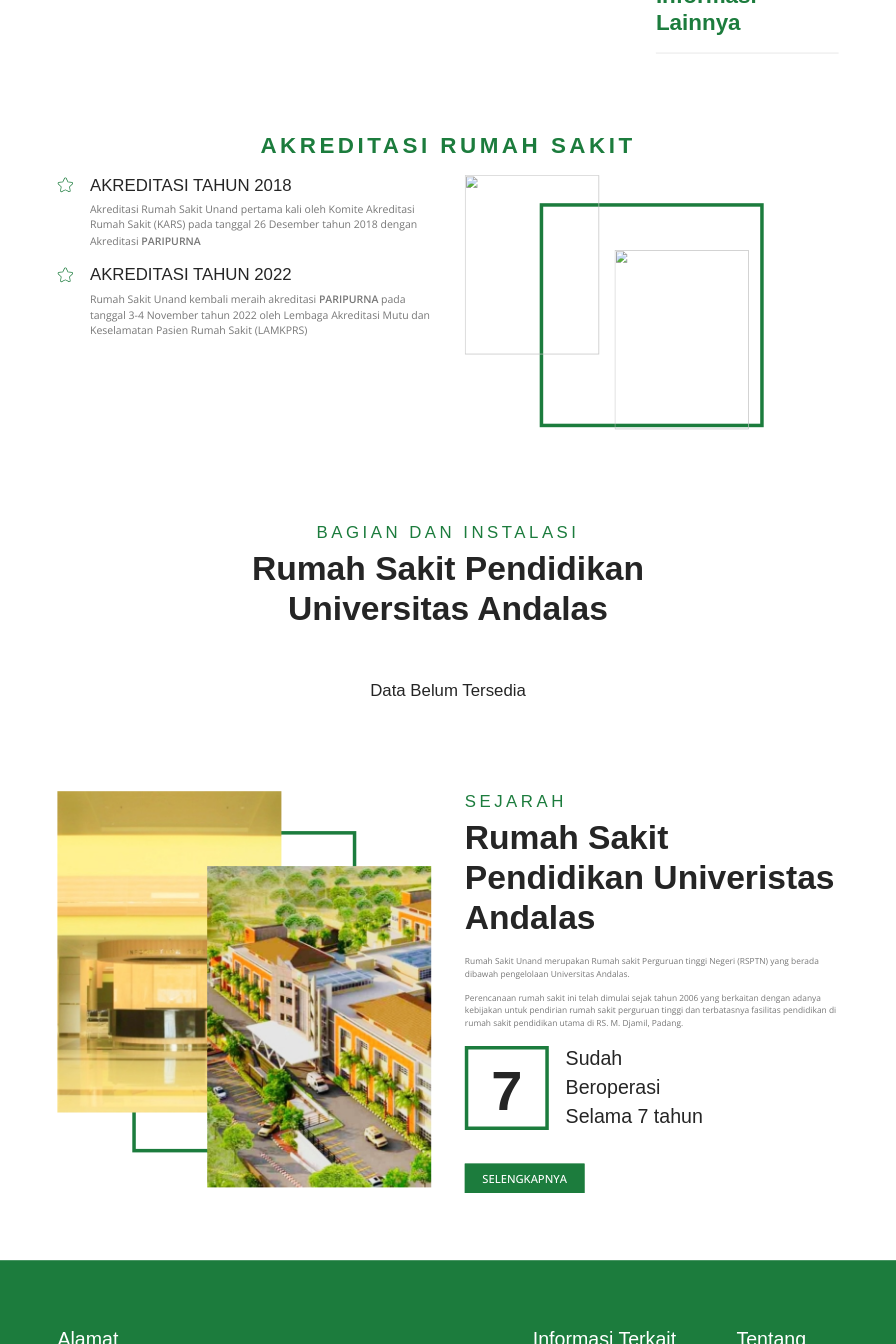
Repository: vivin-erialis/rsunand-site
Page: http://localhost/
An editor plug-in stored every save of this project. The page is shown before and after the next save, followed by the edit.
The browser window is 1280 px wide. The pictures show the part of the page from y = 886 to 2806 px (the page is 3149 px tall before and 3231 px after), at 70% of full size.
Some web fonts or font styles are not loaded; a fallback is used. Some web libraries are served in a nearby version. The page is served by the project's Laravel application, run on PHP 8.4 with Laravel 12. Other server files are loaded and not shown. Queries for data that is not in the repository find no rows.

Above is the page before, as saved 2024-06-10 09:17:30.
Console error: TypeError: Cannot read properties of undefined (reading 'version')

### resources/views/Frontend/home.blade.php
@extends('Frontend.layouts.main')
@section('title', 'Website Resmi')
@section('content')
    <div class="container-fluid p-0 pb-5 wow fadeIn" data-wow-delay="0.1s">
        <div class="owl-carousel header-carousel position-relative">
            @foreach ($slider as $slider)
                <div class="owl-carousel-item position-relative"
                    data-dot="<img src='{{ asset('../images/slider/' . $slider->img) }}'>">
                    <img class="img-fluid" src="{{ asset('images/slider/' . $slider->img) }}" alt=""
                        style="height: 400px; object-fit: cover;">
                    <div class="owl-carousel-inner home-img">
                        <div class="container">
                            <div class="row justify-content-start">
                                <div class="col-12 col-lg-12 text-center">
                                    <h4 class="display-1 text-white animated slideInDown" style="font-size: vw !important">
                                        {{ $slider->title }}
                                    </h4>
                                    <p class="fs-7 fw-medium text-white mb-4 pb-3" style="font-size: 1vw !important">
                                        {{ $slider->desc }}
                                    </p>
                                    {{-- <a href="{{ $slider->link }}" class="py-3 px-5 btn-home fs-7 mt-3">SELENGKAPNYA</a> --}}
                                </div>
                            </div>
                        </div>
                    </div>
                </div>
            @endforeach

        </div>
    </div>

    <!-- Service Start -->
    <div class="container-xxl py-5">
        <div class="container">
            <div class="text-center mx-auto mb-5 wow fadeInUp" data-wow-delay="0.1s" style="max-width: 600px;">
                <h4 class="section-title">LAYANAN UNGGULAN</h4>
                <h1 class="display-5 mb-4">Rumah Sakit Pendidikan Universitas Andalas</h1>
            </div>
            @if ($layanan->isEmpty())
                <h4 class="mt-5 text-center">Belum Ada Data</h4>
            @endif
            <div class="row g-4">
                @foreach ($layanan as $item)
                    <div class="col-lg-4 col-md-6 wow fadeInUp" data-wow-delay="0.5s">
                        <div class="service-item d-flex position-relative text-center h-100" style="border-radius:10px">
                            @if ($item->gambar)
                                @php
                                    $gambarArray = json_decode($item->gambar);
                                    if ($gambarArray) {
                                        $gambarPertama = reset($gambarArray);
                                    }
                                @endphp

                                @if (!empty($gambarPertama))
                                    <a href="/layanan/{{ $item->url }}">
                                        <img class="bg-img" src="{{ asset('/../images/layanan/' . $gambarPertama) }}">
                                    </a>
                                @endif
                            @endif
                            <div class="service-text p-5">
                                <i class="fa fa-hospital flex-shrink-0 mb-4" style="color: white; font-size: 40px"></i>
                                <h2 class="mb-3" style="color: white">{{ $item->nama_layanan }}</h2>
                                <p class="mb-4" style="font-size: 14px">{{ Str::limit($item->desc, 80, '...') }}.</p>
                                <a class="btn" href="/layanan/{{ $item->url }}"><i
                                        class="fa fa-plus text-primary me-3"></i>Read
                                    More</a>
                            </div>
                        </div>
                    </div>
                @endforeach
            </div>
        </div>
    </div>
    <!-- Service End -->

    {{-- Berita --}}
    <div class="container-xxl py-5">
        <div class="container">
            <div class="text-center mx-auto mb-5 wow fadeInUp" data-wow-delay="0.1s" style="max-width: 600px;">
                <h4 class="section-title">Berita</h4>
                <h1 class="display-5 mb-4">Rumah Sakit Pendidikan Universitas Andalas</h1>
            </div>
            @if ($artikel->isEmpty())
                <h4 class="mt-5 text-center">Belum Ada Artikel</h4>
            @endif
            <div class="row">
                <div class="col-lg-9">
                    <div class="container-berita-home">
                        @foreach ($artikel as $item)
                            <div class="card mb-4">
                                @if ($item->gambar)
                                    @php
                                        $gambarArray = json_decode($item->gambar);
                                        if ($gambarArray) {
                                            $gambarPertama = reset($gambarArray);
                                        }
                                    @endphp

                                    @if (!empty($gambarPertama))
                                        <img loading="lazy" class="card-img-top"
                                            src="{{ asset('/../images/artikel/' . $gambarPertama) }}"
                                            alt="{{ $item->title }}">
                                    @endif
                                @endif
                                <div class="card-body">
                                    <div class="me-2 mb-3" style="color: #1C7C3D">
                                        <span style="font-size: 12px" class="post-author">
                                            {{ $item->kategori->title }} |
                                        </span>
                                        <span style="font-size: 12px" class="post-meta-date">
                                            <i
                                                class="far fa-calendar me-2"></i>{{ Carbon\Carbon::parse($item->created_at)->isoFormat('D MMMM, Y') }}
                                        </span>
                                    </div>
                                    <a href="/berita/{{ $item->url }}">
                                        <h2 class="card-title">{{ $item->title }}</h2>
                                    </a>
                                    <p class="card-text">{{ Str::limit(strip_tags($item->desc), 100, '...') }}</p>
                                    <a href="/berita/{{ $item->url }}" class="card-button">SELENGKAPNYA</a>
                                </div>
                            </div>
                        @endforeach
                    </div>
                </div>
                <div class="col-lg-3">
                    <div>
                        <h2 class="mb-2" style="color: #1C7C3D;">Berita Terbaru</h2>
                        <hr>
                        @foreach ($recentPosts as $new)
                            <div class="row news-block news-block-two-col d-flex mt-4">
                                <div class="col-5 news-block-two-col-image-wrap">
                                    <a href="/blog/{{ $new->url }}">
                                        @if ($item->gambar)
                                            @php
                                                $gambarArray = json_decode($new->gambar);
                                                if ($gambarArray) {
                                                    $gambarPertama = reset($gambarArray);
                                                }
                                            @endphp

                                            @if (!empty($gambarPertama))
                                                <img loading="lazy" class="card-img-top"
                                                    src="{{ asset('/../images/artikel/' . $gambarPertama) }}"
                                                    alt="{{ $new->title }}">
                                            @endif
                                        @endif
                                    </a>
                                </div>

                                <div class="col-7 news-block-two-col-info">
                                    <div class="news-block-date">
                                        <p style="color: #1C7C3D">
                                            <i class="bi-calendar4 custom-icon me-1"></i>
                                            {{ Carbon\carbon::parse($new->tanggal_berita)->isoFormat('D MMMM, Y') }}
                                        </p>
                                    </div>
                                    <div class="news-block-title mb-2">
                                        <a href="/berita/{{ $new->url }}">
                                            <h2 class="card-title">{{ $new->title }}</h2>
                                        </a>
                                    </div>
                                    <div>
                                        <p class="card-text">{{ Str::limit(strip_tags($new->desc), 100, '...') }}</p>
                                    </div>

                                </div>
                            </div>
                        @endforeach
                    </div>

                    <br>
                    <div>
                        <h2 class="mb-4" style="color: #1C7C3D">Informasi Lainnya</h2>
                        <hr>
                        {{-- @foreach ($recentPosts as $new)
                            <div class="row news-block news-block-two-col d-flex mt-4">
                                <div class="col-5 news-block-two-col-image-wrap">
                                    <a href="/blog/{{ $new->url }}">
                                        @if ($item->gambar)
                                            @php
                                                $gambarArray = json_decode($item->gambar);
                                                if ($gambarArray) {
                                                    $gambarPertama = reset($gambarArray);
                                                }
                                            @endphp

                                            @if (!empty($gambarPertama))
                                                <img loading="lazy" class="card-img-top"
                                                    src="{{ asset('/../images/artikel/' . $gambarPertama) }}"
                                                    alt="{{ $item->title }}">
                                            @endif
                                        @endif
                                    </a>
                                </div>

                                <div class="col-7 news-block-two-col-info">
                                    <div class="news-block-date">
                                        <p>
                                            <i class="bi-calendar4 custom-icon me-1"></i>
                                            {{ Carbon\carbon::parse($new->tanggal_berita)->isoFormat('D MMMM, Y') }}
                                        </p>
                                    </div>
                                    <div class="news-block-title mb-2">
                                        <h6 style="font-size: 16px;"><a href="/berita/{{ $new->url }}"
                                                class="news-block-title-link">{{ $new->title }}</a>
                                        </h6>
                                    </div>
                                    <div>
                                        <p class="card-text">{{ Str::limit(strip_tags($item->desc), 100, '...') }}</p>
                                    </div>

                                </div>
                            </div>
                        @endforeach --}}
                    </div>
                </div>
            </div>
        </div>
    </div>


    <!-- Feature Start -->
    <div class="container-xxl py-5">
        <div class="container">
            <h2 class="section-title text-center mb-4">AKREDITASI RUMAH SAKIT</h2>
            <div class="row g-5">
                <div class="col-lg-6 wow fadeInUp" data-wow-delay="0.1s">
                    {{-- <h class="display-5 mb-4">Rumah Sakit Pendidikan Universitas Andalas</h> --}}
                    {{-- <p class="mb-4">Tempor erat elitr rebum at clita. Diam dolor diam ipsum sit. Aliqu diam amet diam et eos. Clita erat ipsum et lorem et sit, sed stet lorem sit clita duo justo magna dolore erat amet</p> --}}
                    <div class="row g-4">
                        <div class="col-12">
                            <div class="d-flex align-items-start">
                                <i class="fa fa-star flex-shrink-0 mt-1 mb-4"
                                    style="color: #1C7C3D; font-size: 20px; background: none; -webkit-text-stroke: 1px #1C7C3D; color: transparent;"></i>
                                </i>
                                <div class="ms-4">
                                    <h4>AKREDITASI TAHUN 2018</h4>
                                    <p class="mb-0" style="font-size: 15px">Akreditasi Rumah Sakit Unand pertama kali
                                        oleh Komite Akreditasi
                                        Rumah Sakit (KARS) pada tanggal 26 Desember tahun 2018 dengan Akreditasi
                                        <strong>PARIPURNA</strong>
                                    </p>
                                </div>
                            </div>
                        </div>
                        <div class="col-12">
                            <div class="d-flex align-items-start">
                                <i class="fa fa-star flex-shrink-0 mt-1 mb-4"
                                    style="color: #1C7C3D; font-size: 20px; background: none; -webkit-text-stroke: 1px #1C7C3D; color: transparent;"></i>
                                </i>
                                <div class="ms-4">
                                    <h4>AKREDITASI TAHUN 2022</h4>
                                    <p class="mb-0" style="font-size: 15px">Rumah Sakit Unand kembali meraih akreditasi
                                        <strong>PARIPURNA</strong> pada tanggal 3-4 November tahun 2022 oleh Lembaga
                                        Akreditasi Mutu dan Keselamatan Pasien Rumah Sakit (LAMKPRS)
                                    </p>
                                </div>
                            </div>
                        </div>
                    </div>
                </div>
                <div class="col-lg-6 wow fadeInUp" data-wow-delay="0.5s">
                    <div class="feature-img">
                        <img class="img-fluid" src="img/about-2.jpg" alt="">
                        <img class="img-fluid" src="img/about-1.jpg" alt="">
                    </div>
                </div>
            </div>
        </div>
    </div>
    <!-- Feature End -->

    {{-- Bagian dan Instalasi --}}
    <div class="container-xxl py-5">
        <div class="container">
            <div class="text-center mx-auto mb-5 wow fadeInUp" data-wow-delay="0.1s" style="max-width: 600px;">
                <h4 class="section-title">Bagian dan Instalasi</h4>
                <h1 class="display-5 mb-4">Rumah Sakit Pendidikan Universitas Andalas</h1>
            </div>
            <div class="row g-4" style="padding:2vw 4vw">
                @forelse ($bagianInstalasi as $item)
                    <div class="col-lg-4 col-md-4 wow fadeInUp" data-wow-delay="0.1s">
                        <div class="service-item d-flex position-relative text-center h-100">
                            @if ($item->gambar)
                                @php
                                    $gambarArray = json_decode($item->gambar);
                                    if ($gambarArray) {
                                        $gambarPertama = reset($gambarArray);
                                    }
                                @endphp

                                @if (!empty($gambarPertama))
                                    <img loading="lazy" class="bg-img"
                                        src="{{ asset('/../images/artikel/' . $gambarPertama) }}">
                                @endif
                            @endif
                            <div class="service-text p-3 card-dokter" style="width: 100%">
                                @if ($item->gambar)
                                    @php
                                        $gambarArray = json_decode($item->gambar);
                                        if ($gambarArray) {
                                            $gambarPertama = reset($gambarArray);
                                        }
                                    @endphp

                                    @if (!empty($gambarPertama))
                                        <img loading="lazy" class="card-img"
                                            src="{{ asset('/../images/artikel/' . $gambarPertama) }}">
                                    @endif
                                @endif
                                <h6 class="mb-2 mt-3">{{ $item->title }}</h6>
                                <p class="mb-2">{!! $item->desc !!}</p>
                                <a style="font-size: 11px !important" class="btn"
                                    href="/bagian-instalasi/{{ $item->url }}"><i
                                        class="fa fa-plus text-primary me-4"></i>
                                    SELENGKAPNYA</a>
                            </div>
                        </div>
                    </div>
                @empty
                    <h4 class="text-center">Data Belum Tersedia</h4>
                @endforelse
            </div>
            <div style="text-align: center;">
                @if (!$bagianInstalasi->isEmpty())
                    <a class="btn btn-primary mt-4 py-2 px-4" href="/bagian-instalasi">LIHAT LEBIH BANYAK</a>
                @endif
            </div>

        </div>
    </div>

    {{-- About --}}
    <div class="container-xxl py-5">
        <div class="container">
            <div class="row g-5">
                <div class="col-lg-6 wow fadeIn" data-wow-delay="0.1s">
                    <div class="about-img">
                        <img class="img-fluid" src="/../assets/img/about-2.jpeg" alt="">
                        <img class="img-fluid" src="/../assets/img/about-1.jpeg" alt="">
                    </div>
                </div>
                <div class="col-lg-6 wow fadeIn" data-wow-delay="0.5s">
                    <h4 class="section-title">Sejarah</h4>
                    <h1 class="display-5 mb-4">Rumah Sakit Pendidikan Univeristas Andalas</h1>
                    <p>Rumah Sakit Unand merupakan Rumah sakit Perguruan tinggi Negeri (RSPTN) yang berada dibawah
                        pengelolaan Universitas Andalas.</p>
                    <p class="mb-4">Perencanaan rumah sakit ini telah dimulai sejak tahun 2006 yang berkaitan dengan
                        adanya kebijakan untuk pendirian rumah sakit perguruan tinggi dan terbatasnya fasilitas pendidikan
                        di rumah sakit pendidikan utama di RS. M. Djamil, Padang.</p>
                    <div class="d-flex align-items-center mb-5">
                        <div class="d-flex flex-shrink-0 align-items-center justify-content-center border border-5 border-primary"
                            style="width: 120px; height: 120px;">
                            <h1 class="display-1 mb-n2" data-toggle="counter-up">7</h1>
                        </div>
                        <div class="ps-4">
                            <h3>Sudah</h3>
                            <h3>Beroperasi</h3>
                            <h3 class="mb-0">Selama 7 tahun</h3>
                        </div>
                    </div>
                    <a class="btn btn-primary py-2 px-4" href="/tentang-kami">SELENGKAPNYA</a>
                </div>
            </div>
        </div>
    </div>




@endsection

Loaded but not shown: app/Http/Controllers/Controller.php (common file); app/Models/Slider.php (common file); public/assets/lib/animate/animate.min.css (library); public/assets/lib/owlcarousel/assets/owl.carousel.min.css (common file); public/assets/lib/tempusdominus/css/tempusdominus-bootstrap-4.min.css (library); public/assets/css/bootstrap.min.css (library); public/assets/lib/wow/wow.min.js (library); public/assets/lib/easing/easing.min.js (common file); public/assets/lib/waypoints/waypoints.min.js (library); public/assets/lib/counterup/counterup.min.js (common file); public/assets/lib/owlcarousel/owl.carousel.min.js (library); public/assets/lib/tempusdominus/js/moment-timezone.min.js (library); public/assets/lib/tempusdominus/js/tempusdominus-bootstrap-4.min.js (library); public/assets/js/main.js (83 lines, source omitted); resources/views/Frontend/layouts/main.blade.php (468 lines, source omitted); public/assets/css/style.css (747 lines, source omitted); resources/views/Frontend/layouts/footer.blade.php (47 lines, source omitted); resources/views/Frontend/layouts/navbar.blade.php (39 lines, source omitted); app/Http/Controllers/HomeController.php (92 lines, source omitted); resources/views/Frontend/layouts/topbar.blade.php (27 lines, source omitted); resources/views/Frontend/page-not-found.blade.php (20 lines, source omitted); app/Models/Artikel.php (18 lines, source omitted); app/Models/KategoriArtikel.php (16 lines, source omitted); routes/web.php (101 lines, source omitted)

After the next save:
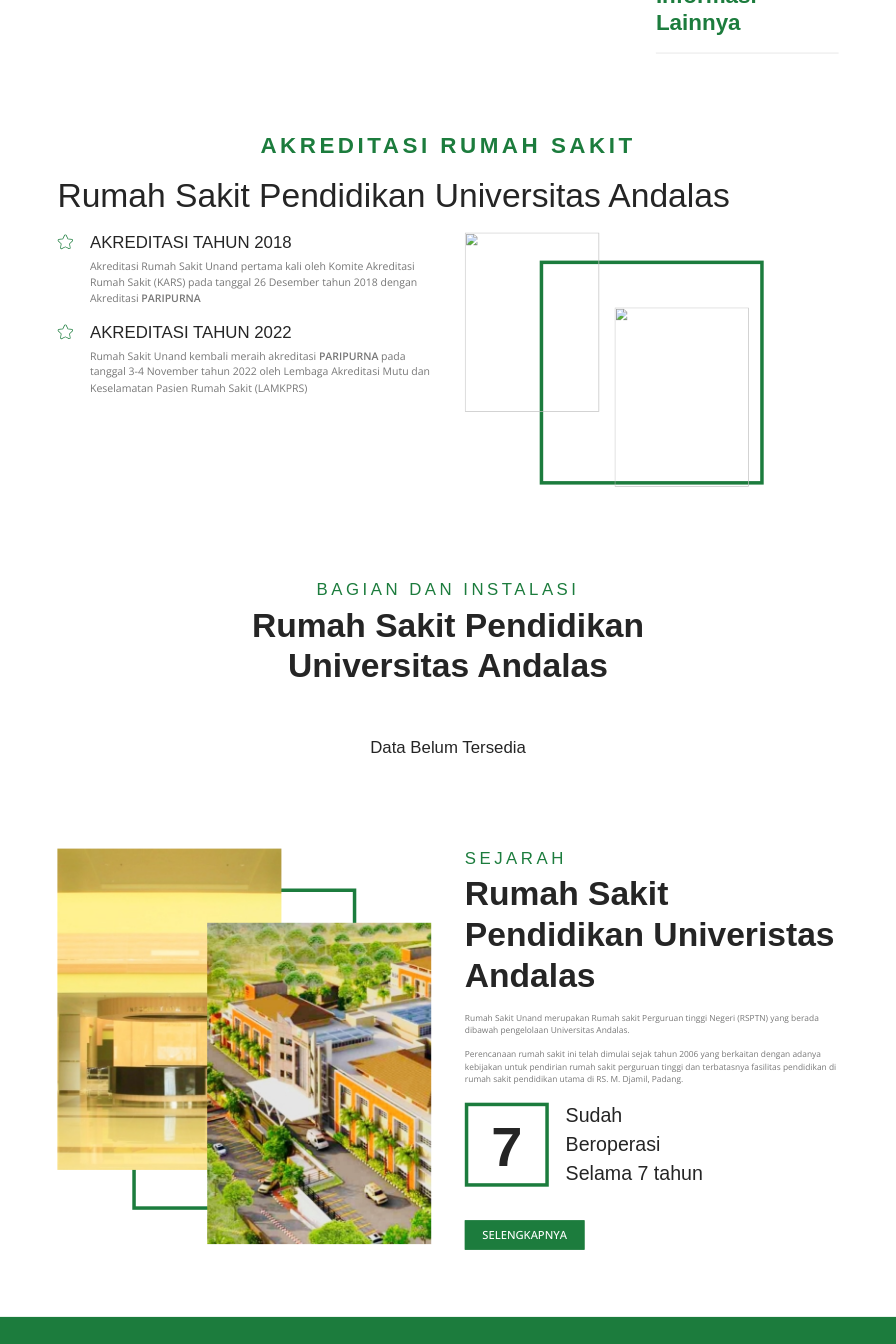
Saved 16 s later.
--- a/resources/views/Frontend/home.blade.php
+++ b/resources/views/Frontend/home.blade.php
@@ -223,9 +223,9 @@
     <div class="container-xxl py-5">
         <div class="container">
             <h2 class="section-title text-center mb-4">AKREDITASI RUMAH SAKIT</h2>
+            <h4 class="display-5 mb-4">Rumah Sakit Pendidikan Universitas Andalas</h4>
             <div class="row g-5">
                 <div class="col-lg-6 wow fadeInUp" data-wow-delay="0.1s">
-                    {{-- <h class="display-5 mb-4">Rumah Sakit Pendidikan Universitas Andalas</h> --}}
                     {{-- <p class="mb-4">Tempor erat elitr rebum at clita. Diam dolor diam ipsum sit. Aliqu diam amet diam et eos. Clita erat ipsum et lorem et sit, sed stet lorem sit clita duo justo magna dolore erat amet</p> --}}
                     <div class="row g-4">
                         <div class="col-12">
